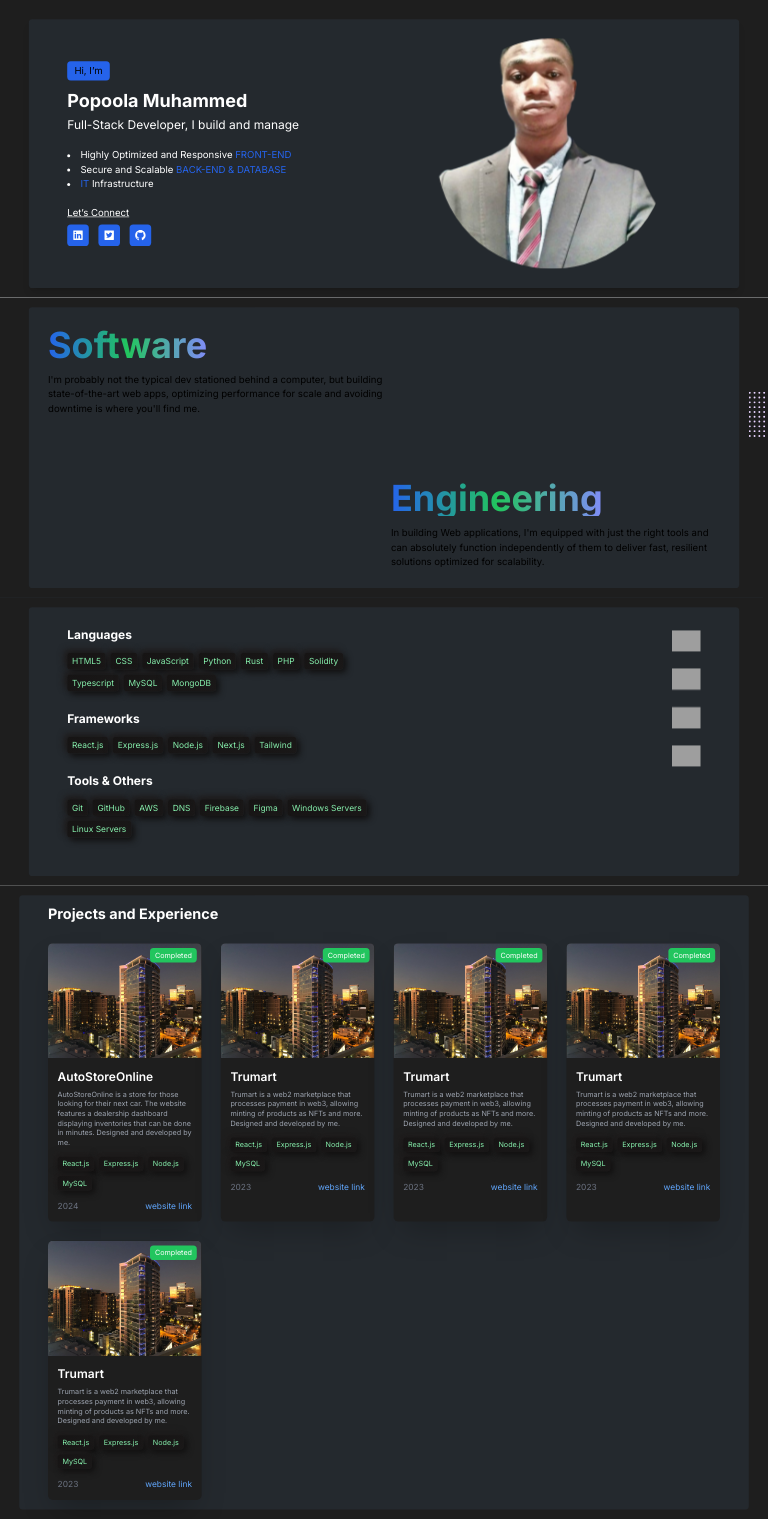
Repository: muhammedctgr/hammedctgr
Page: /
The author's editor kept a copy of each file at every save. The page is drawn from the files as they stood at one save, then again after the next save.
The browser window is 1280 px wide. The pictures show the whole page, at 60% of full size.
Pictures or frames that could not be fetched are drawn as grey boxes. The project was rebuilt for these pictures with package versions that can differ from the ones it lists, and the page was loaded fresh each time. The framework's server and built-in components were replaced by stand-ins that run in the browser. Also part of the build but not shown: next.config.mjs.

Above is the page before, as saved 2024-08-07 11:32:56.

After the next save:
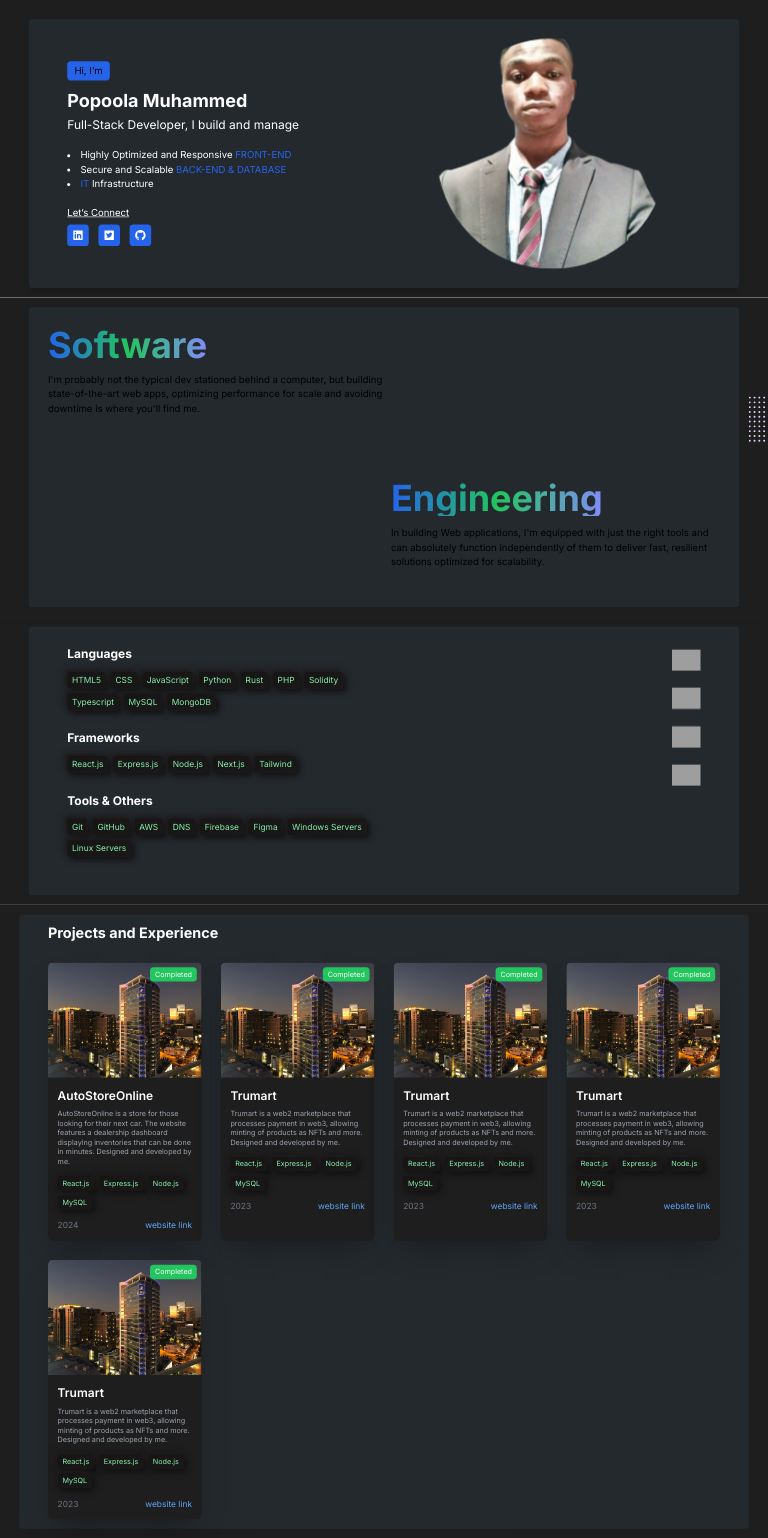
Saved 74 s later.
--- a/components/SummarySection.tsx
+++ b/components/SummarySection.tsx
@@ -12,7 +12,7 @@ const SummarySection: FC = () => {
         I'm probably not the typical dev stationed behind a computer, but building state-of-the-art web apps, optimizing performance for scale and avoiding downtime is where you'll find me.
       </p>
     </div>
-    <div className=" md:mt-64">
+    <div className="mb-8 md:mt-64">
       <div className="mb-4">
         <span className="text-4xl md:text-6xl font-bold bg-gradient-to-r from-blue-600 via-green-500 to-indigo-400 inline-block text-transparent bg-clip-text">Engineering</span>
       </div>

After the save that followed:
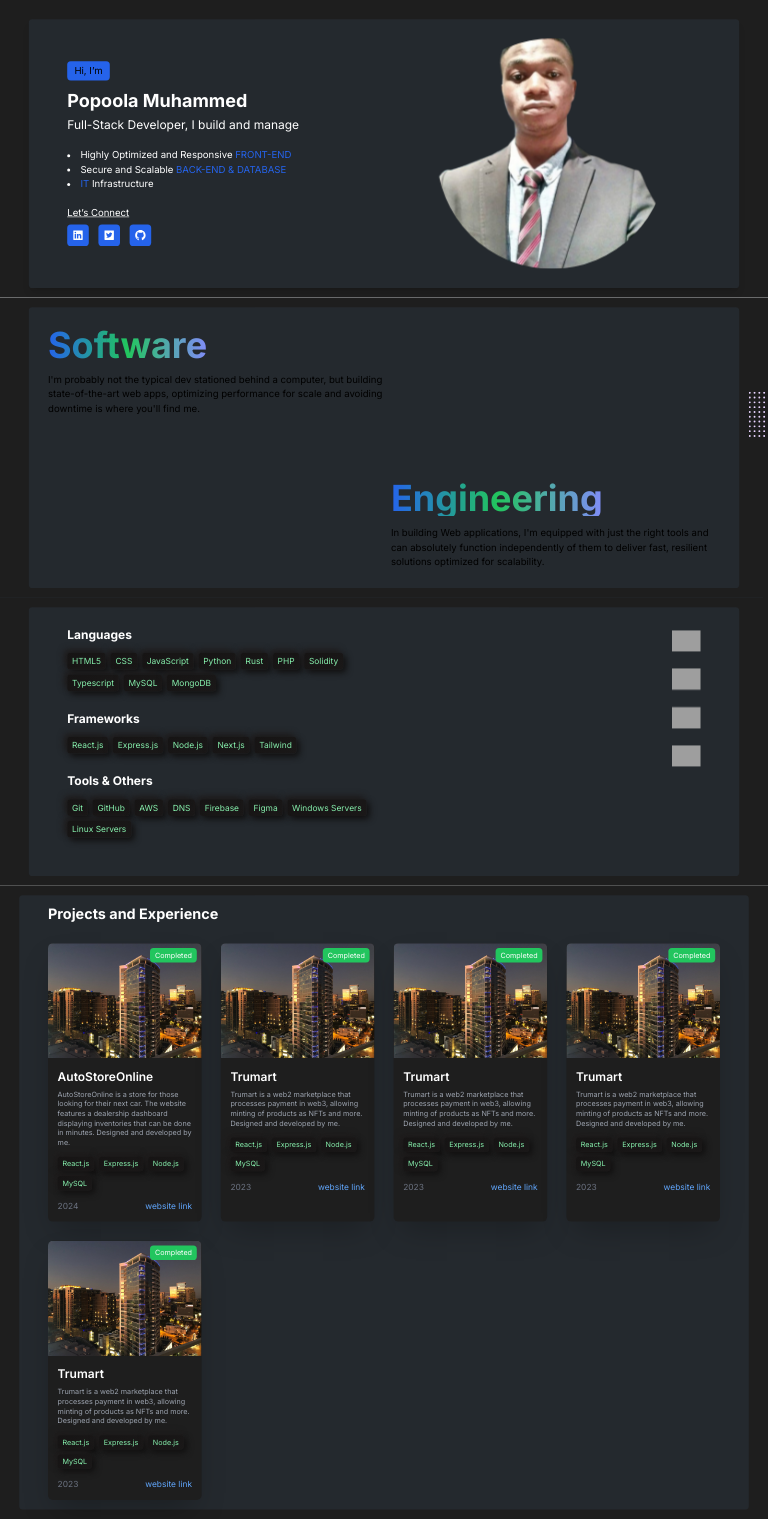
Saved 13 s later.
--- a/components/SummarySection.tsx
+++ b/components/SummarySection.tsx
@@ -12,7 +12,7 @@ const SummarySection: FC = () => {
         I'm probably not the typical dev stationed behind a computer, but building state-of-the-art web apps, optimizing performance for scale and avoiding downtime is where you'll find me.
       </p>
     </div>
-    <div className="mb-8 md:mt-64">
+    <div className=" md:mt-64">
       <div className="mb-4">
         <span className="text-4xl md:text-6xl font-bold bg-gradient-to-r from-blue-600 via-green-500 to-indigo-400 inline-block text-transparent bg-clip-text">Engineering</span>
       </div>
